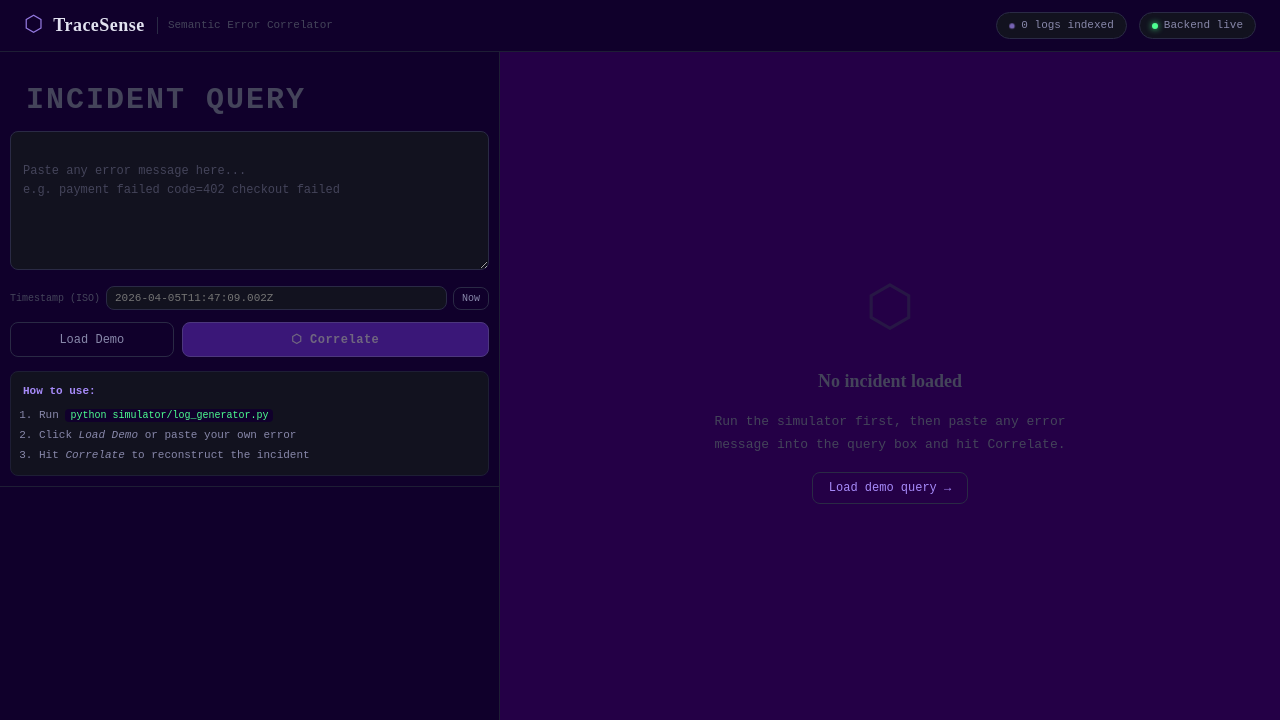
Repository: SaranyaM15/AI_Engineer_Journey
Page: / (app in tracesense/frontend/)
These files come from the project's save history. The page is drawn as it stood at one moment and after the next save; the edit follows.
The browser window is 1280 px wide. The pictures show the whole page.
The page's requests for data from a server got no answer. Some web fonts or font styles are not loaded; a fallback is used. The project was rebuilt for these pictures with package versions that can differ from the ones it lists, and the page was loaded fresh each time. No one was signed in, and anything a server would have sent is missing. Also part of the build but not shown: tracesense/frontend/vite.config.js, tracesense/frontend/src/components/Timeline.jsx, tracesense/frontend/src/components/LogFeed.jsx.

Above is the page before, as saved 2026-04-05 18:52:29.

After the next save:
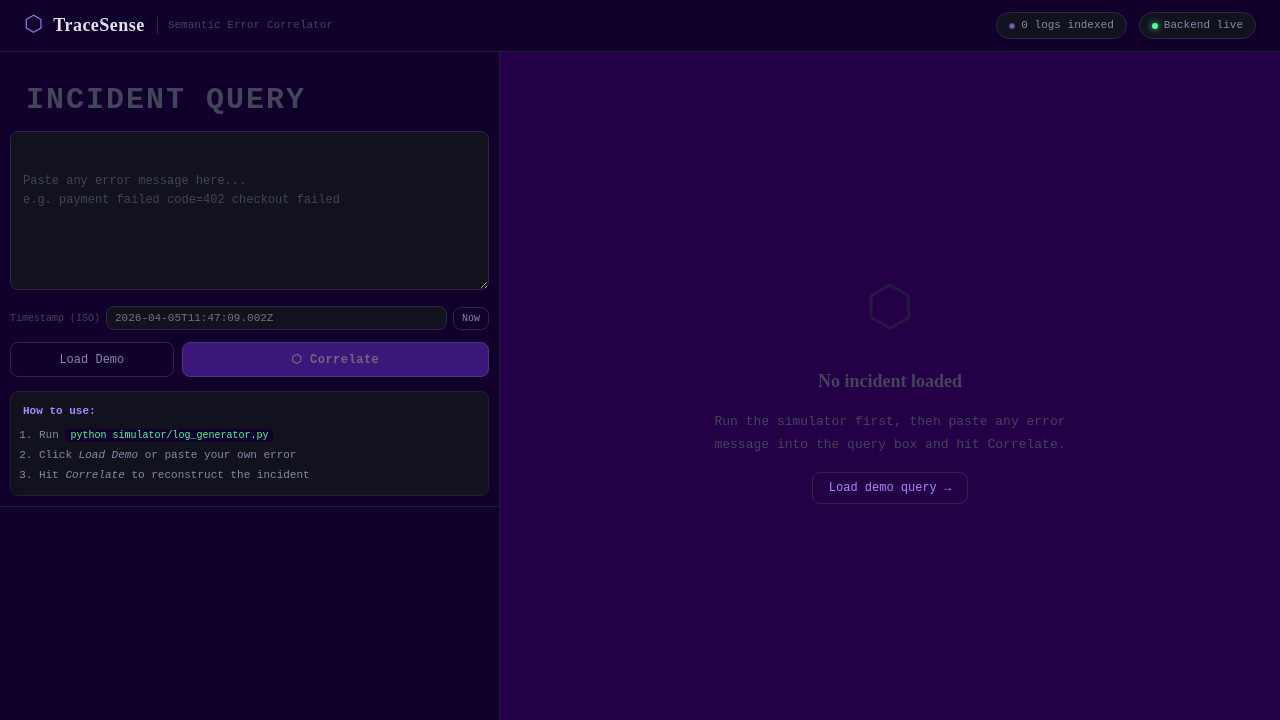
Saved 6 s later.
--- a/tracesense/frontend/src/App.css
+++ b/tracesense/frontend/src/App.css
@@ -183,7 +183,7 @@ body {
   color:        var(--text);
   font-family:  var(--mono);
   font-size:    12px;
-  padding:      30px 12px;
+  padding:      40px 12px;
   resize:       vertical;
   outline:      none;
   transition:   border-color 0.2s;
